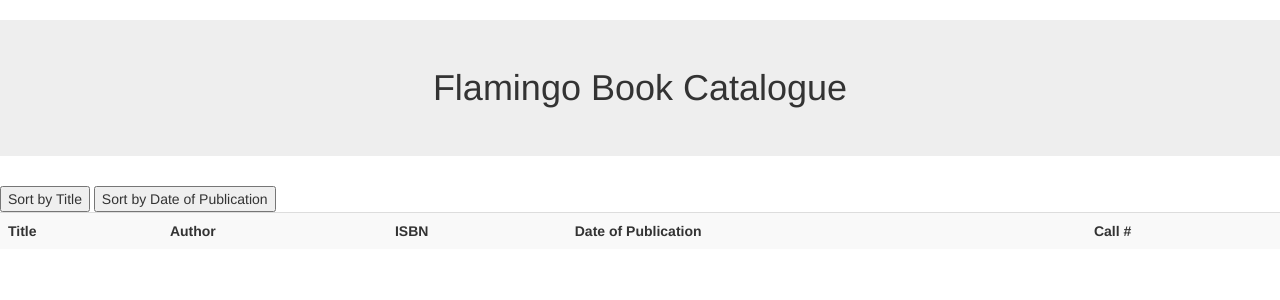
Repository: avega15/Library-Database
Page: http://localhost/main
The author's editor kept a copy of each file at every save. The page is drawn from the files as they stood at one save, then again after the next save.
The browser window is 1280 px wide. The pictures show the whole page.
The page is this project's Thymeleaf template; nobody is signed in. The template is opened directly, without the code that normally fills it, so the values that code supplies are empty.

Above is the page before, as saved 2021-04-22 01:23:58.

After the next save:
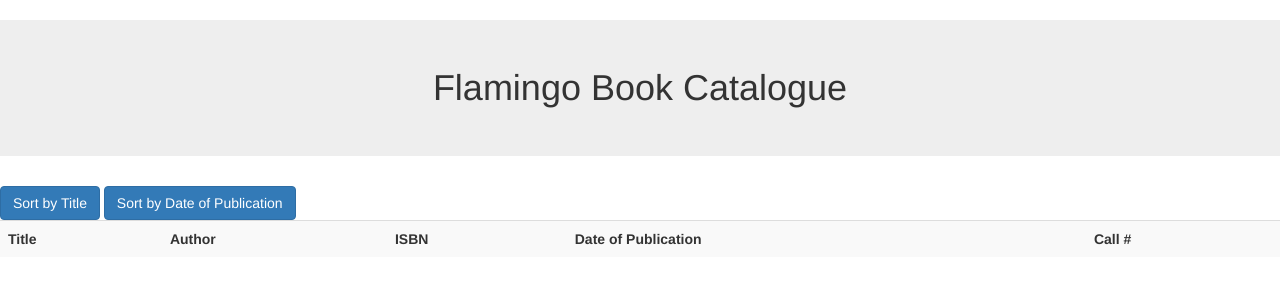
Saved 35 s later.
--- a/demo/src/main/resources/templates/main.html
+++ b/demo/src/main/resources/templates/main.html
@@ -12,9 +12,9 @@
 </head>
 <body>
 	<h1 class="jumbotron" style="text-align: center">Flamingo Book Catalogue</h1>
-		<button onclick="window.location.href='titleSort'">Sort by
+		<button class="btn btn-primary" onclick="window.location.href='titleSort'">Sort by
 		Title</button>
-	<button onclick="window.location.href='dateSort'">Sort by Date
+	<button class="btn btn-primary" onclick="window.location.href='dateSort'">Sort by Date
 		of Publication</button>
 
 	<table class="table table-striped">
